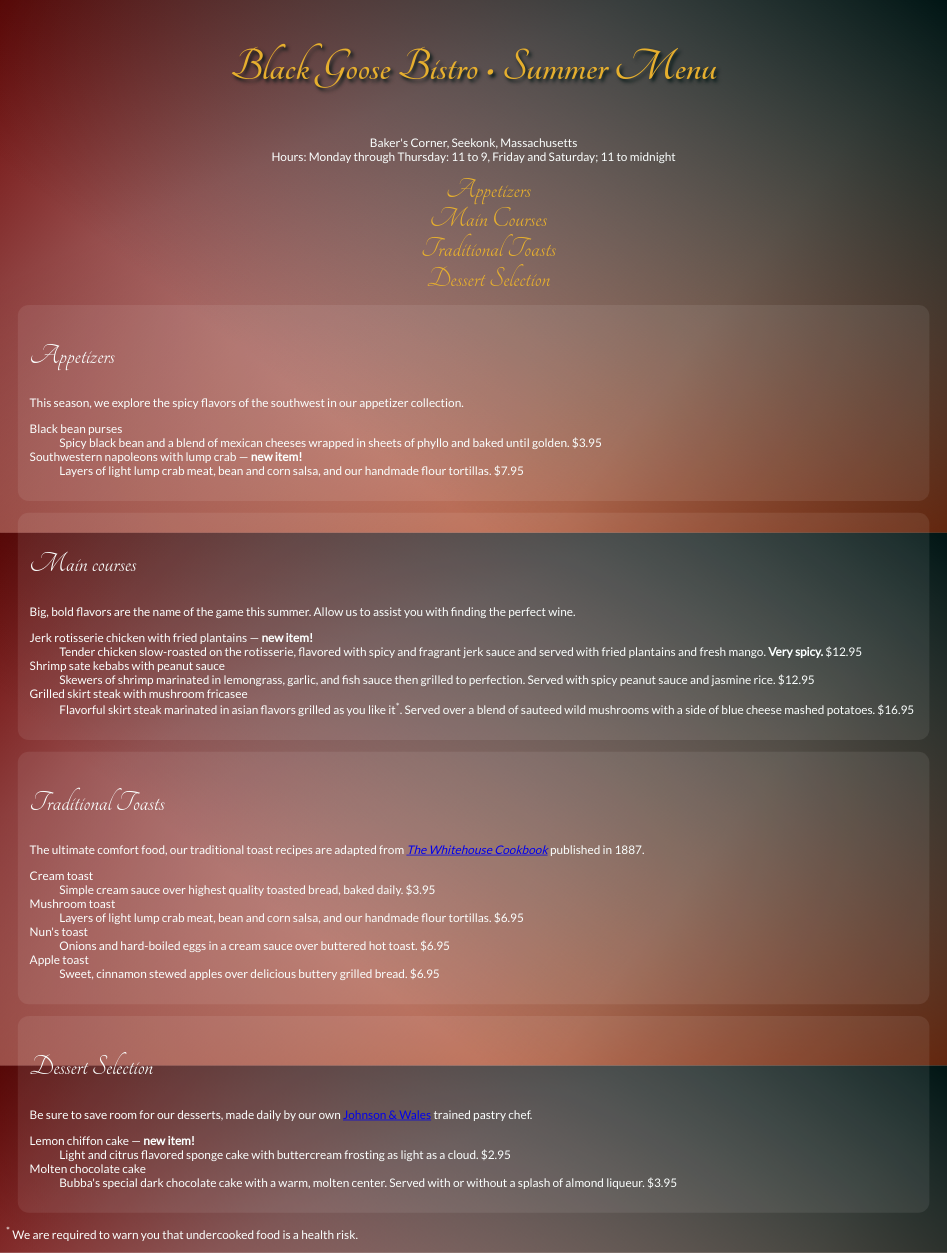
Repository: Colo-Codes/code-practice
Page: 02-css-practice-4.html
These files come from the project's save history. The page is drawn as it stood at one moment and after the next save; the edit follows.
The browser window is 1280 px wide. The pictures show the whole page, at 74% of full size.
Backgrounds fixed to the window are drawn as part of the page. Some web fonts or font styles are not loaded; a fallback is used.

Above is the page before, as saved 2021-05-07 10:15:05.

### 02-css-practice-4.html
<!DOCTYPE html>
<html>

<head>
    <meta charset="utf-8">
    <title>Black Goose Bistro Summer Menu</title>
    <link href='http://fonts.googleapis.com/css?family=Marko+One' rel='stylesheet' type='text/css'>
    <link rel="preconnect" href="https://fonts.gstatic.com">
    <link href="https://fonts.googleapis.com/css2?family=Lato&display=swap" rel="stylesheet">
    <style>
        /* Colour palette:
            Dark Jungle Green:  #001514 rgb(0, 21, 20)
            White:              #FBFFFE rgb(251, 255, 254)
            Blood Red:          #6B0504 rgb(107, 5, 4)
            Chinese Red:        #A3320B rgb(163, 50, 11)
            Goldenrod:          #E6AF2E rgb(230, 175, 46)
        */
        @font-face {
            font-family: Tangerine;
            src: url(./assets/fonts/Tangerine/Tangerine-Regular.ttf);
        }
        @font-face {
            font-family: Tangerine;
            src: url(./assets/fonts/Tangerine/Tangerine-Bold.ttf);
            font-weight: bold;
        }
        body {
            background:
                fixed linear-gradient(217deg, rgba(0, 21, 20), rgba(255,255,255,0) 70.71%),
                fixed linear-gradient(127deg, rgba(107, 5, 4), rgba(0,255,0,0) 70.71%),
                fixed linear-gradient(336deg, rgba(163, 50, 11), rgba(0,0,255,0) 70.71%);
            color: rgba(251, 255, 254);
            font-family: 'Lato', sans-serif;
        }
        header > h1 {
            /* Sexy Vulcan With Smooth Happy Feet: Style Variant Weight Size lHeight Family */
            font: bold 4em/1.5 Tangerine, "Times New Roman", serif;
            text-align: center;
            color: rgb(230, 175, 46);
            text-shadow: .05em .05em 5px rgba(0,21,20,1) ;
        }
        section {
            background-color: rgba(251, 255, 254, .08);
            padding: 1em;
            margin: 1em;
            border-radius: 15px;
        }
        header div p {
            text-align: center;
        }
        h2 {
            font: 2.5em Tangerine, "Times New Roman", serif;
        }
        li {
            list-style-type: none;
            text-align: center;
        }
        li a {
            font: 2.5em Tangerine, "Times New Roman", serif;
            color: rgb(230, 175, 46);
            text-decoration: none;
        }
        /* Order:
            1. :link
            2. :visited
            3. :focus
            4. :hover
            5. :active
        */

        a:visited {
            text-decoration: underline;
            color: rgb(152, 117, 37);
        }
        a:focus, a:hover {
            color: rgb(230, 175, 46);
            background-color: rgb(230, 175, 46, .1);
        }

    </style>
</head>

<body>

    <header>
        <h1>Black Goose Bistro &bull; Summer Menu</h1>

        <div id="info">
            <p>Baker's Corner, Seekonk, Massachusetts<br>
                <span class="label">Hours: Monday through Thursday:</span> 11 to 9, <span class="label">Friday and
                    Saturday;</span> 11 to midnight
            </p>
            <ul>
                <li><a href="#appetizers">Appetizers</a></li>
                <li><a href="#entrees">Main Courses</a></li>
                <li><a href="#toast">Traditional Toasts</a></li>
                <li><a href="#dessert">Dessert Selection</a></li>
            </ul>
        </div>
    </header>

    <section id="appetizers">
        <h2>Appetizers</h2>
        <p>This season, we explore the spicy flavors of the southwest in our appetizer collection.</p>

        <dl>
            <dt>Black bean purses</dt>
            <dd>Spicy black bean and a blend of mexican cheeses wrapped in sheets of phyllo and baked until golden.
                <span class="price">$3.95</span></dd>

            <dt class="newitem">Southwestern napoleons with lump crab &mdash; <strong>new item!</strong></dt>
            <dd>Layers of light lump crab meat, bean and corn salsa, and our handmade flour tortillas. <span
                    class="price">$7.95</span></dd>
        </dl>
    </section>

    <section id="entrees">

        <h2>Main courses</h2>
        <p>Big, bold flavors are the name of the game this summer. Allow us to assist you with finding the perfect wine.
        </p>


        <dl>

            <dt class="newitem">Jerk rotisserie chicken with fried plantains &mdash; <strong>new item!</strong></dt>
            <dd>Tender chicken slow-roasted on the rotisserie, flavored with spicy and fragrant jerk sauce and served
                with fried plantains and fresh mango. <strong>Very spicy.</strong> <span class="price">$12.95</span>
            </dd>

            <dt>Shrimp sate kebabs with peanut sauce</dt>
            <dd>Skewers of shrimp marinated in lemongrass, garlic, and fish sauce then grilled to perfection. Served
                with spicy peanut sauce and jasmine rice. <span class="price">$12.95</span></dd>

            <dt>Grilled skirt steak with mushroom fricasee</dt>
            <dd>Flavorful skirt steak marinated in asian flavors grilled as you like it<sup>*</sup>. Served over a blend
                of sauteed wild mushrooms with a side of blue cheese mashed potatoes. <span class="price">$16.95</span>
            </dd>
        </dl>

    </section>

    <section id="toast">
        <h2>Traditional Toasts</h2>
        <p>The ultimate comfort food, our traditional toast recipes are adapted from <a
                href="http://www.gutenberg.org/files/13923/13923-h/13923-h.htm"><cite>The Whitehouse Cookbook</cite></a>
            published in 1887.</p>

        <dl>
            <dt>Cream toast</dt>
            <dd>Simple cream sauce over highest quality toasted bread, baked daily. <span class="price">$3.95</span>
            </dd>

            <dt>Mushroom toast</dt>
            <dd>Layers of light lump crab meat, bean and corn salsa, and our handmade flour tortillas. <span
                    class="price">$6.95</span></dd>

            <dt>Nun's toast</dt>
            <dd>Onions and hard-boiled eggs in a cream sauce over buttered hot toast. <span class="price">$6.95</span>
            </dd>

            <dt>Apple toast</dt>
            <dd>Sweet, cinnamon stewed apples over delicious buttery grilled bread. <span class="price">$6.95</span>
            </dd>
        </dl>
    </section>

    <section id="dessert">
        <h2>Dessert Selection</h2>
        <p>Be sure to save room for our desserts, made daily by our own <a
                href="http://www.jwu.edu/college.aspx?id=19510">Johnson & Wales</a> trained pastry chef.</p>

        <dl>
            <dt class="newitem">Lemon chiffon cake &mdash; <strong>new item!</strong></dt>
            <dd>Light and citrus flavored sponge cake with buttercream frosting as light as a cloud. <span
                    class="price">$2.95</span></dd>

            <dt class="newitem">Molten chocolate cake</dt>
            <dd>Bubba's special dark chocolate cake with a warm, molten center. Served with or without a splash of
                almond liqueur. <span class="price">$3.95</span></dd>
        </dl>
    </section>

    <footer>
        <p class="warning"><sup>*</sup> We are required to warn you that undercooked food is a health risk.</p>
    </footer>

</body>

</html>

After the next save:
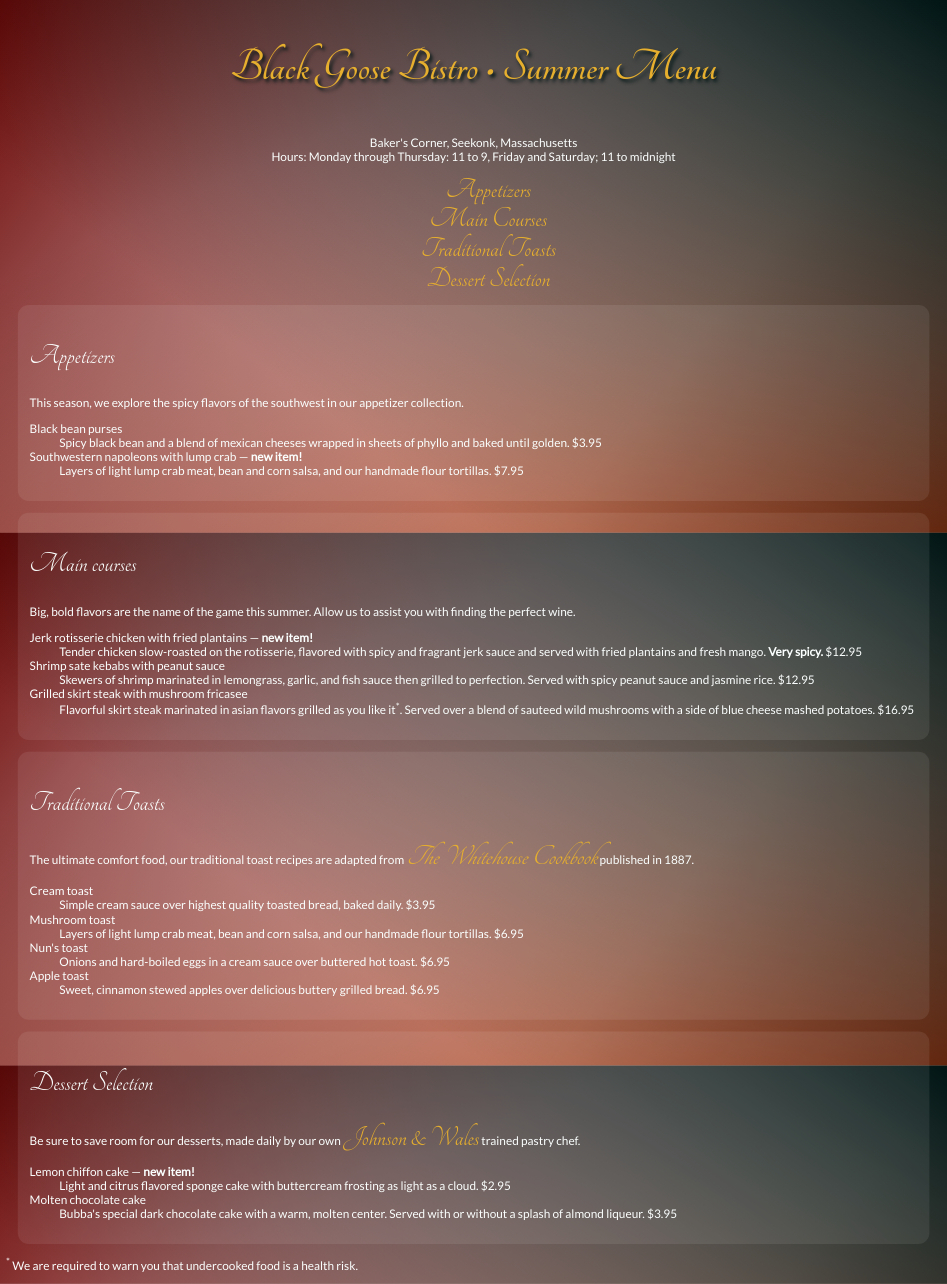
Saved 24 s later.
--- a/02-css-practice-4.html
+++ b/02-css-practice-4.html
@@ -55,7 +55,7 @@
             list-style-type: none;
             text-align: center;
         }
-        li a {
+        a:link {
             font: 2.5em Tangerine, "Times New Roman", serif;
             color: rgb(230, 175, 46);
             text-decoration: none;

After the save that followed:
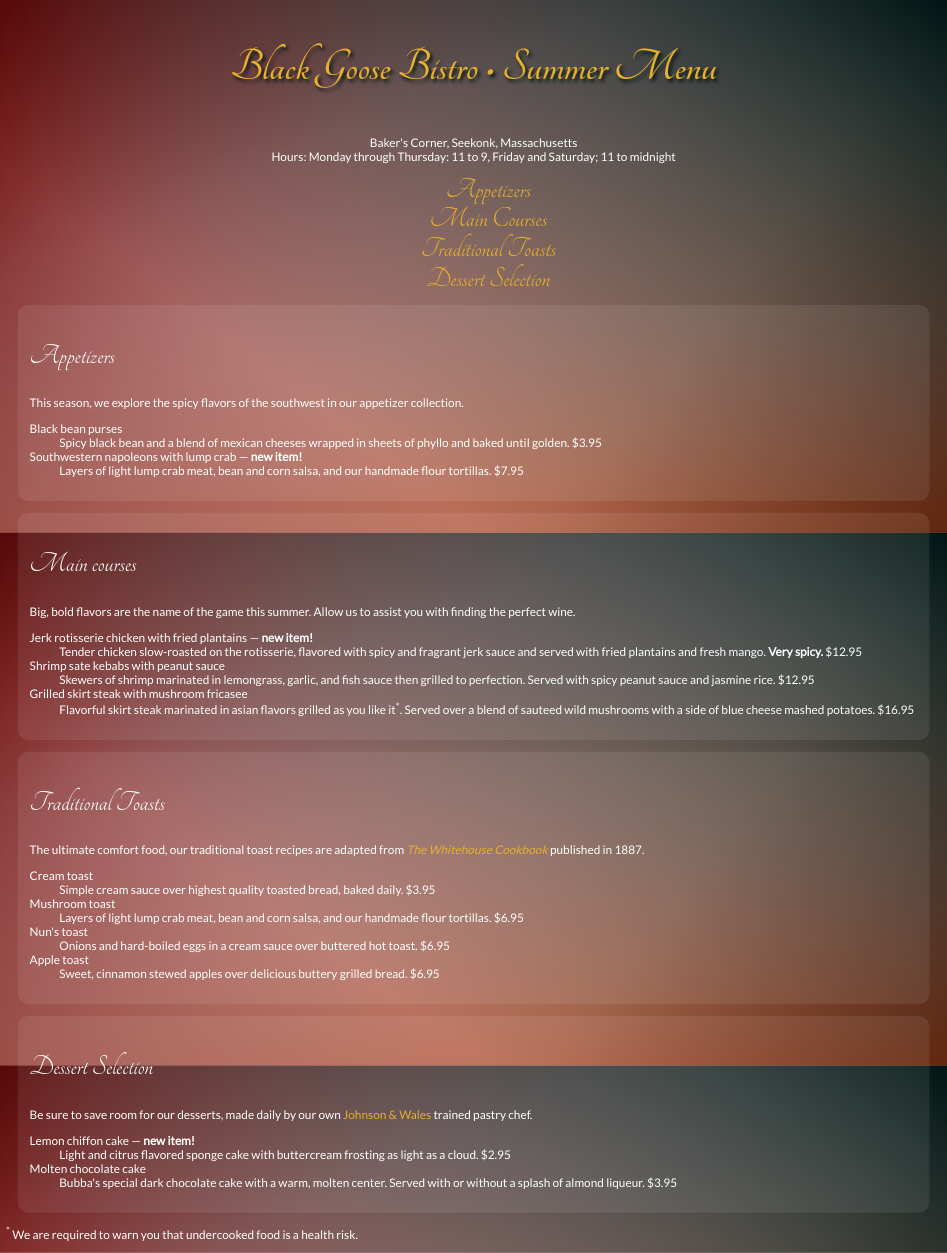
Saved 21 s later.
--- a/02-css-practice-4.html
+++ b/02-css-practice-4.html
@@ -54,9 +54,9 @@
         li {
             list-style-type: none;
             text-align: center;
+            font: 2.5em Tangerine, "Times New Roman", serif;
         }
         a:link {
-            font: 2.5em Tangerine, "Times New Roman", serif;
             color: rgb(230, 175, 46);
             text-decoration: none;
         }
